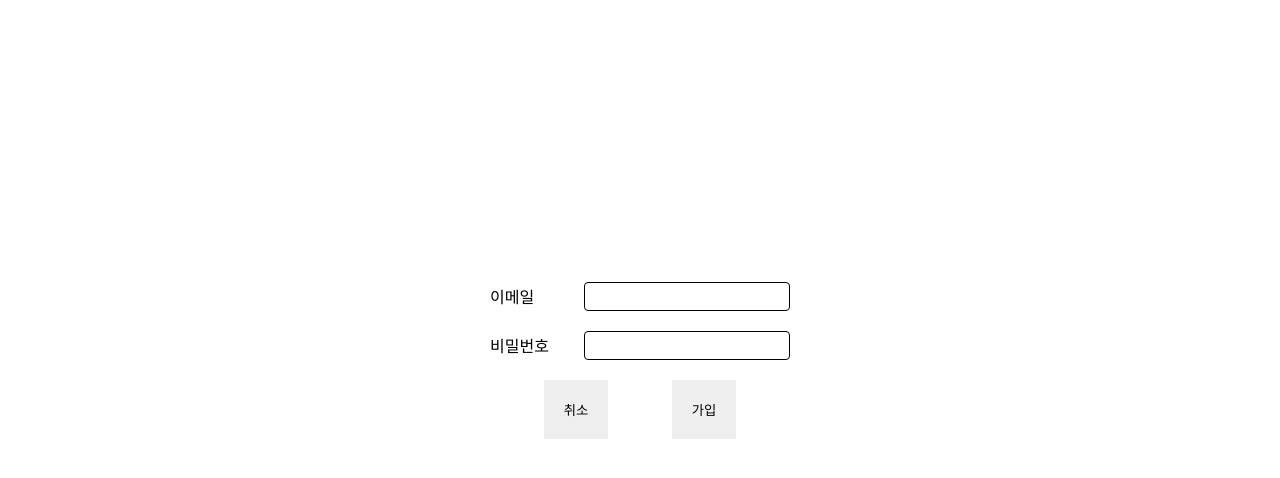
Repository: momo0170/react-shopping
Page: /register
An editor plug-in stored every save of this project. The page is shown before and after the next save, followed by the edit.
The browser window is 1280 px wide. The pictures show the whole page.
The page's requests for data from a server got no answer. Some web fonts or font styles are not loaded; a fallback is used. The project was rebuilt for these pictures with package versions that can differ from the ones it lists, and the page was loaded fresh each time. No one was signed in, and anything a server would have sent is missing. Also part of the build but not shown: src/App.css, src/css/Header.module.css, src/components/Header.jsx, src/App.js, src/router/Products.jsx, src/css/Login.module.css, src/router/Login.jsx.

Above is the page before, as saved 2023-02-22 20:21:53.

After the next save:
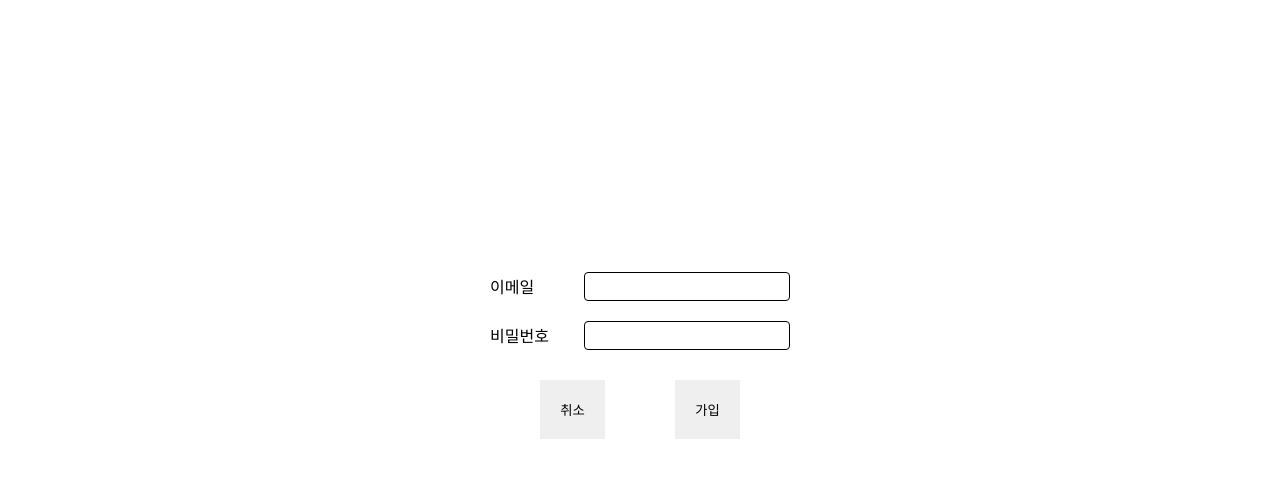
Saved 5 s later.
--- a/src/css/Register.module.css
+++ b/src/css/Register.module.css
@@ -37,6 +37,6 @@
 }
 .btns * {
   border: none;
-  margin: var(--margin-medium);
+  margin: var(--margin-large);
   padding: var(--margin-large);
 }
